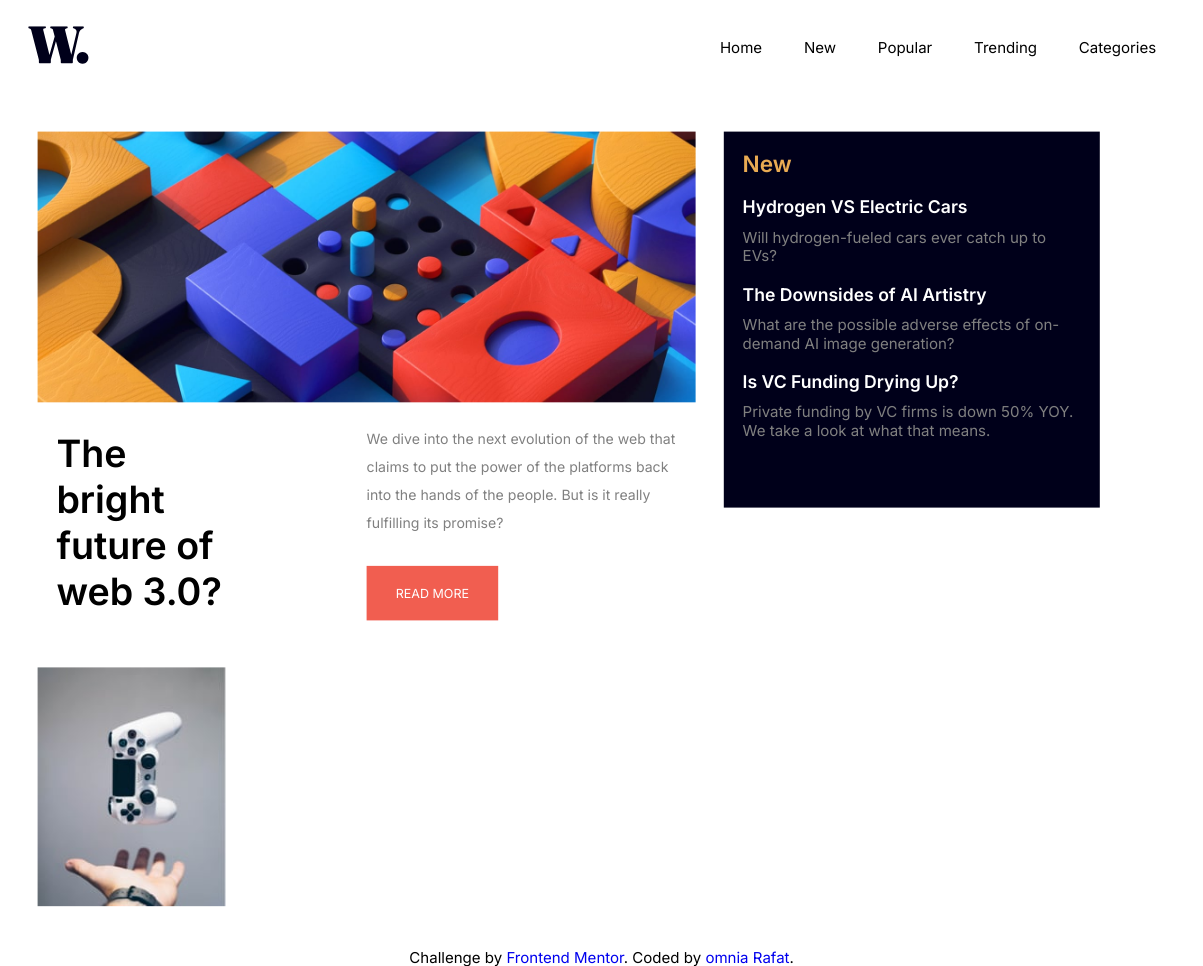
Repository: OmniaRafat232111121/HomePage
Page: index.html
An editor plug-in stored every save of this project. The page is shown before and after the next save, followed by the edit.
The browser window is 1280 px wide. The pictures show the whole page, at 94% of full size.

Above is the page before, as saved 2022-12-17 17:20:02.

After the next save:
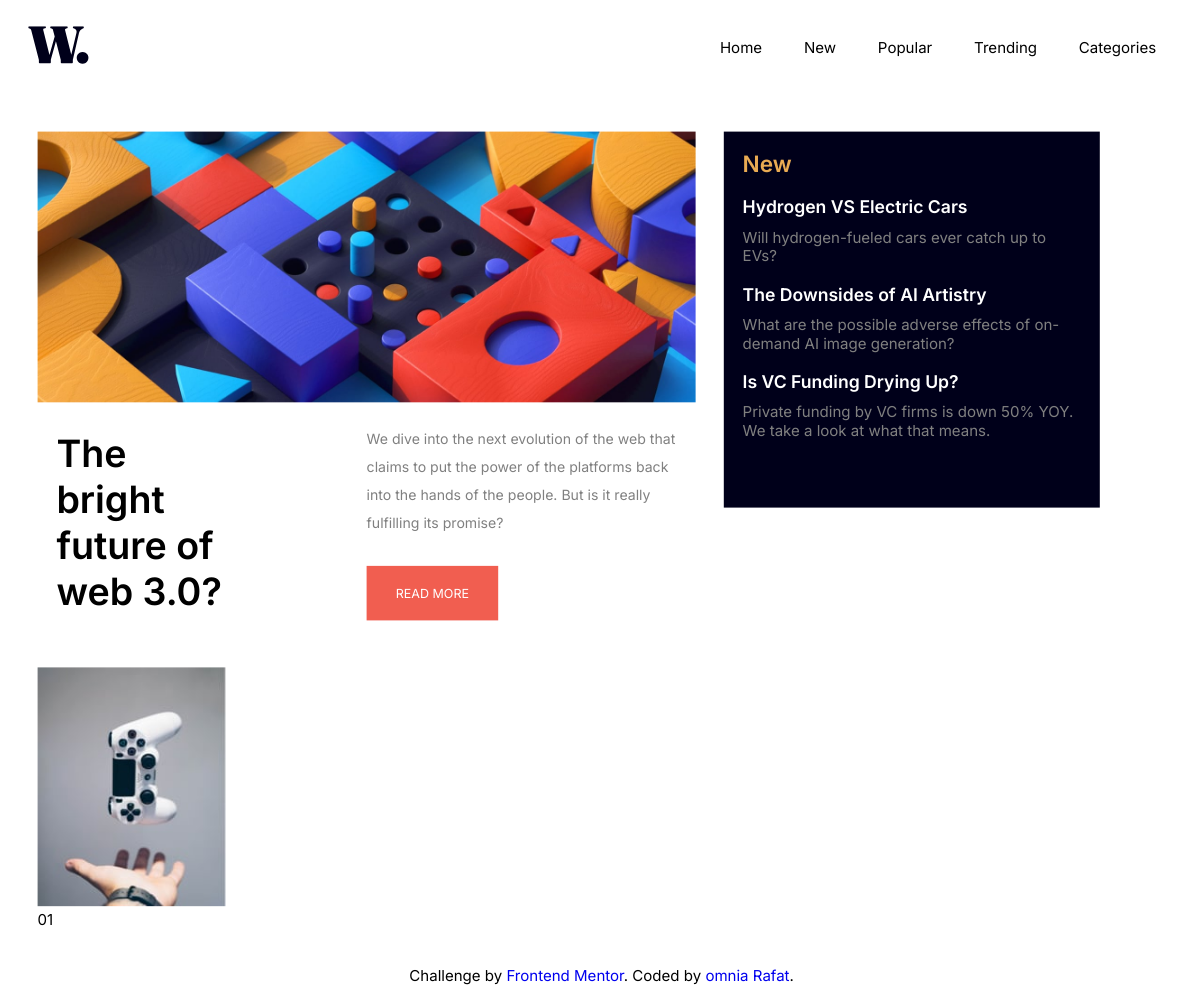
Saved 14 s later.
--- a/index.html
+++ b/index.html
@@ -70,6 +70,7 @@
             <img src="./assets/images/image-gaming-growth.jpg"/>
             </div>
             <div class="con">
+              <span>01</span>
 
             </div>
 
